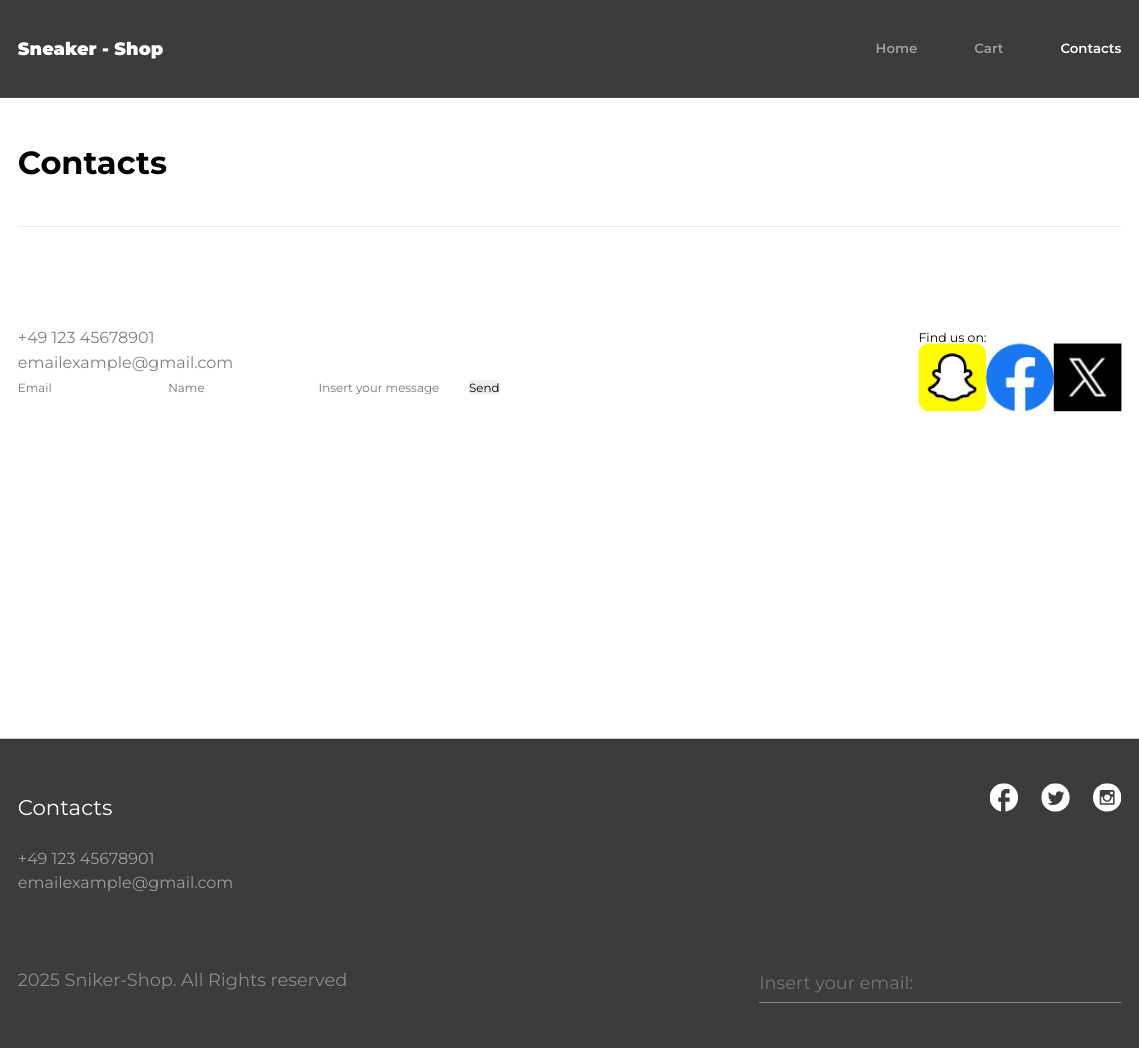
Repository: IstratiiNik/sneaker-shop
Page: /contacts
The author's editor kept a copy of each file at every save. The page is drawn from the files as they stood at one save, then again after the next save.
The browser window is 1280 px wide. The pictures show the whole page, at 89% of full size.
The page's requests for data from a server got no answer. The project was rebuilt for these pictures with package versions that can differ from the ones it lists, and the page was loaded fresh each time. No one was signed in, and anything a server would have sent is missing. Also part of the build but not shown: vite.config.js, src/components/News/News.module.scss, src/components/News/News.jsx, src/components/ProductCard/ProductCard.module.scss, src/components/ProductCard/ProductCard.jsx, src/components/Main/Main.module.scss, src/components/Main/Main.jsx, src/components/CartCard/CartCard.module.scss and 3 more.

Above is the page before, as saved 2025-07-03 11:25:44.

After the next save:
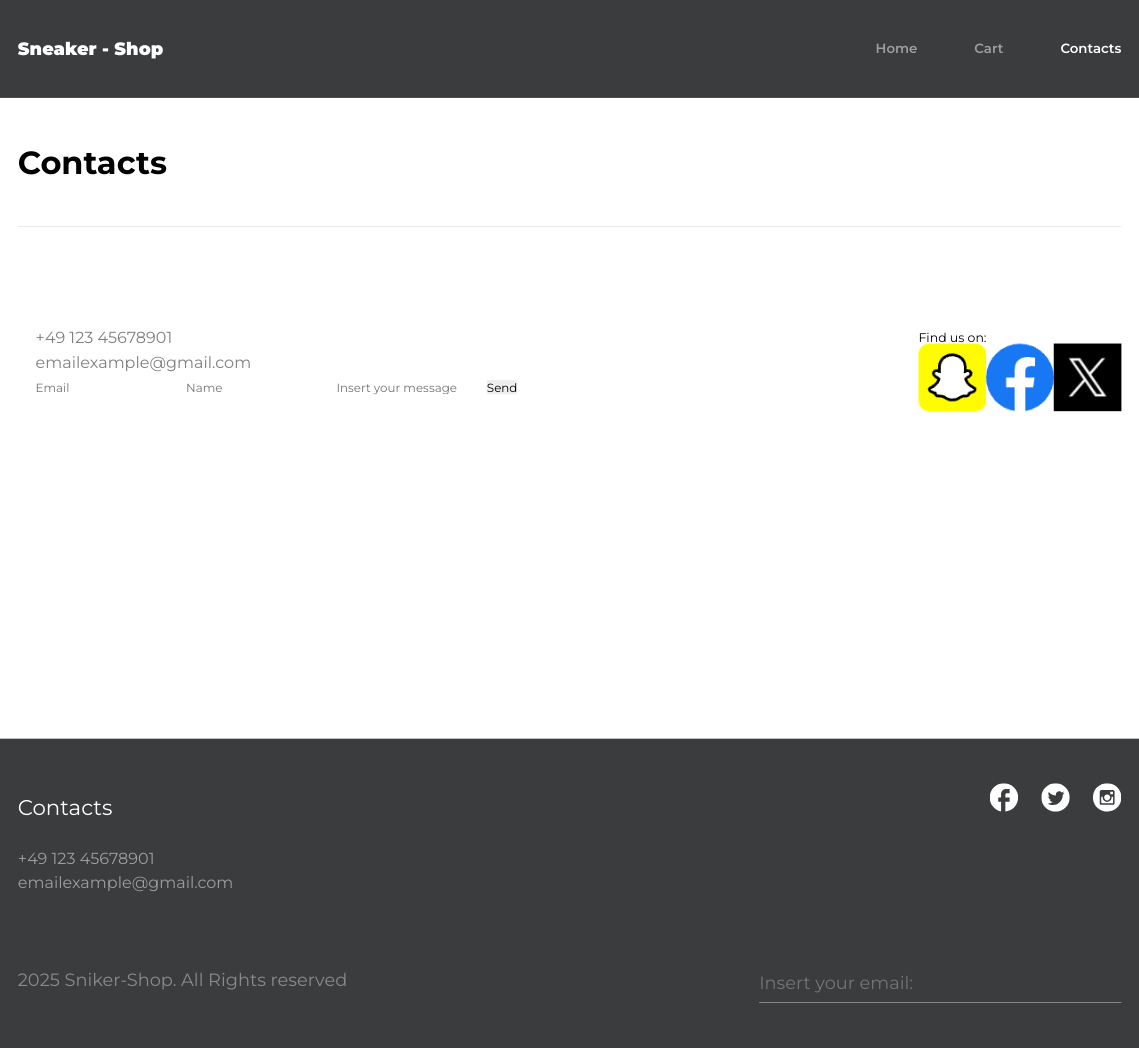
Saved 66 s later.
--- a/src/components/Contacts/Contacts.module.scss
+++ b/src/components/Contacts/Contacts.module.scss
@@ -25,6 +25,9 @@
     flex-direction: column;
     gap: 13px;
 
+    list-style: disc;
+    padding-left: 20px;
+
     li {
       color: rgba(0, 0, 0, 0.5);
       font-size: 18px;

After the save that followed:
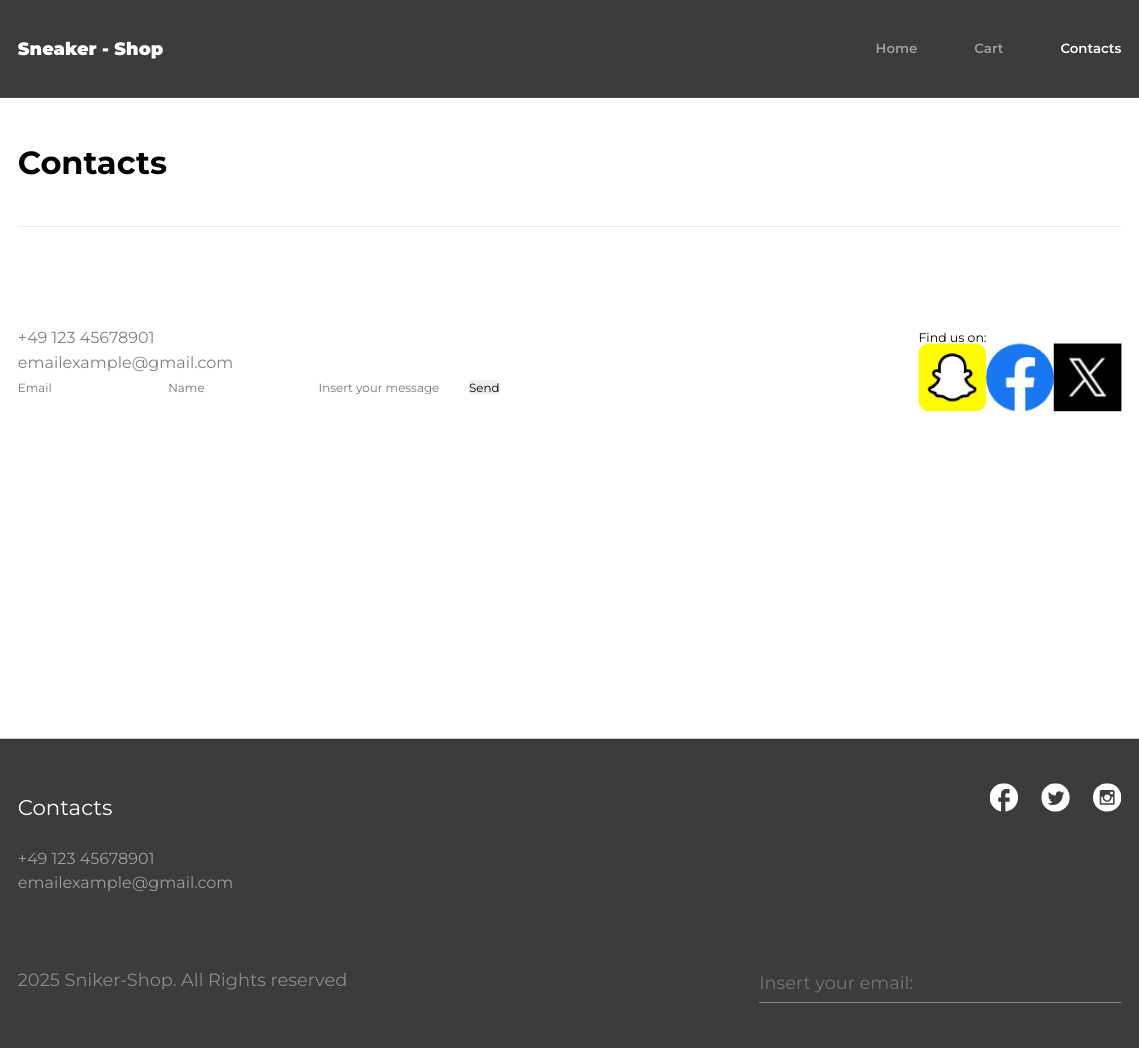
Saved 8 s later.
--- a/src/components/Contacts/Contacts.module.scss
+++ b/src/components/Contacts/Contacts.module.scss
@@ -25,9 +25,6 @@
     flex-direction: column;
     gap: 13px;
 
-    list-style: disc;
-    padding-left: 20px;
-
     li {
       color: rgba(0, 0, 0, 0.5);
       font-size: 18px;
